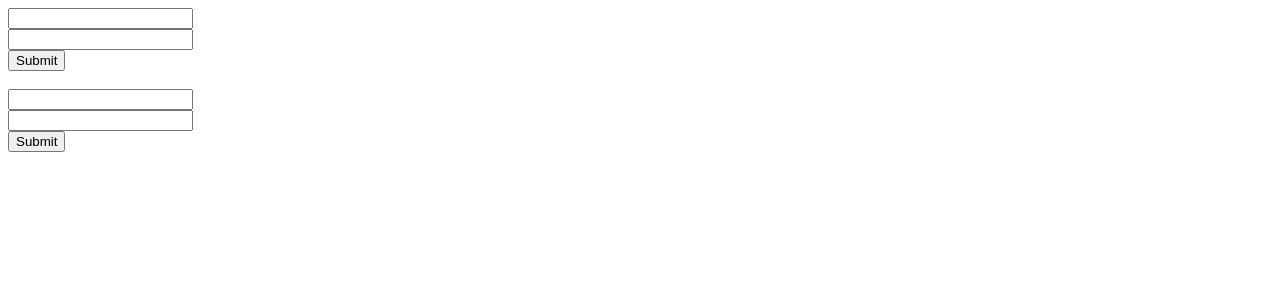
Repository: Manorama09/Spring-Boot-Learning
Page: http://localhost/Spring-Boot-JPA/home.jsp
These files come from the project's save history. The page is drawn as it stood at one moment and after the next save; the edit follows.
The browser window is 1280 px wide. The pictures show the whole page.
The page is served by Tomcat 9. Other server files are loaded and not shown.

Above is the page before, as saved 2022-02-05 14:50:10.

### Spring-Boot-JPA/src/main/webapp/home.jsp
<%@ page language="java" contentType="text/html; charset=ISO-8859-1"
    pageEncoding="ISO-8859-1"%>
<!DOCTYPE html>
<html>
<head>
<meta charset="ISO-8859-1">
<title>Insert title here</title>
</head>
<body>
	<form action="addAlien">
		<input type="text" name="aid"><br>
		<input type="text" name="aname"><br>
		<input type="submit"><br>
	</form>
	<br>
	<form action="addAlien">
		<input type="text" name="aid"><br>
		<input type="text" name="aname"><br>
		<input type="submit"><br>
	</form>

</body>
</html>

After the next save:
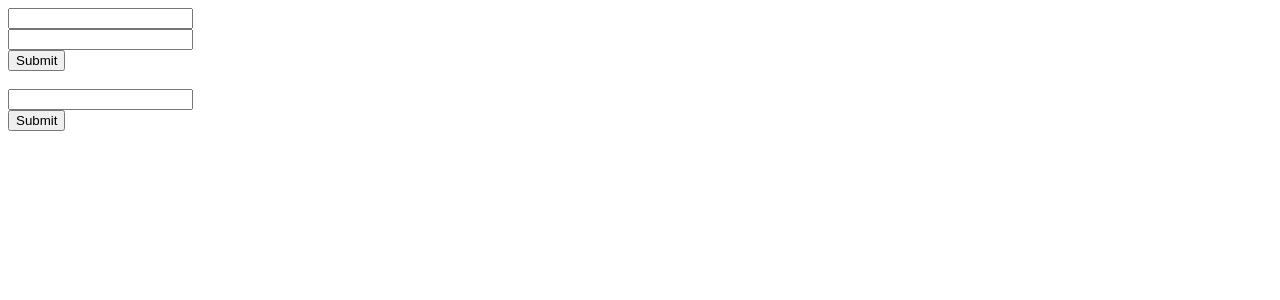
Saved 19 s later.
--- a/Spring-Boot-JPA/src/main/webapp/home.jsp
+++ b/Spring-Boot-JPA/src/main/webapp/home.jsp
@@ -13,9 +13,8 @@
 		<input type="submit"><br>
 	</form>
 	<br>
-	<form action="addAlien">
+	<form action="getAlien">
 		<input type="text" name="aid"><br>
-		<input type="text" name="aname"><br>
 		<input type="submit"><br>
 	</form>
 
